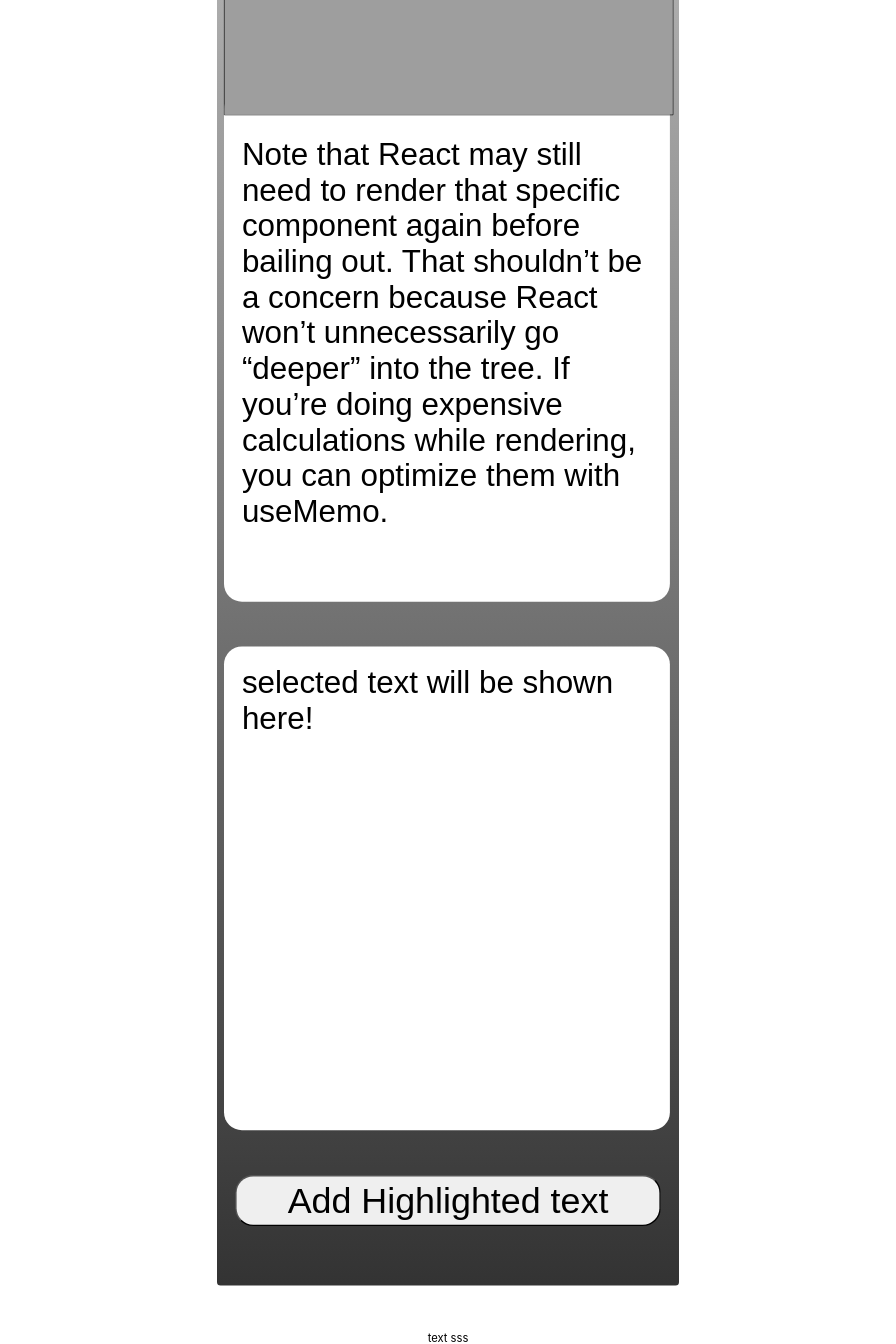
Repository: Farbod29/React-text-highlighter-with-hook-
Page: /
The author's editor kept a copy of each file at every save. The page is drawn from the files as they stood at one save, then again after the next save.
The browser window is 1280 px wide. The pictures show the part of the page from y = 552 to 2472 px (the page is 2472 px tall), at 70% of full size.
Pictures or frames that could not be fetched are drawn as grey boxes. The project was rebuilt for these pictures with package versions that can differ from the ones it lists, and the page was loaded fresh each time.

Above is the page before, as saved 2022-02-21 15:01:30.

### src/App.js
import './App.css';
import Highlighter from './highlighter';
import Highlighter2 from './highlighter2';
function App() {
  return (
    <div className="App">
      <Highlighter />
      <Highlighter2 text={'text sss'} />
      {/* hello is it mee you looking for ! */}
    </div>
  );
}
// https://stackoverflow.com/questions/38810767/how-can-you-get-highlighted-text-window-getselection-in-reactjs

export default App;

### src/highlighter.js
import React, { useState } from 'react';
import './highlight.css';

//https://developer.mozilla.org/en-US/docs/Web/API/Window/getSelection
// https://medium.com/unprogrammer/a-simple-text-highlighting-component-with-react-e9f7a3c1791a

//thanks for the provider and @Saeed Rastgar my friend to assist the in the CSS part.

// let doit = () => {
//   let sosis = (document.onmouseup = () => {
//     // console.log(window.getSelection().toString());
//     return window.getSelection().toString();
//   });
//   console.log(sosis);
//   return sosis;
// };

export default function Highlighter() {
  const [highlightedText, setHighlightedText] = useState(
    'selected text will be shown here!'
  );
  let extractTheText = (e) => {
    e.preventDefault();
    const selectionObj = window.getSelection && window.getSelection();
    const selection = selectionObj.toString();
    console.log('selection jadid');
    console.log(selection);
    setHighlightedText(selection);
  };
  return (
    <>
      <section className="card">
        <div>
          {
            (document.onmouseup = (e) => {
              // foo();
              console.log('dostet Daram');
              extractTheText(e);
            })
          }
          <img
            className="img-holder"
            src="https://pfrias.couragecompanion.eu/storage/m/_v2/213604778138275840/4f8b684e5-e9314a/vlyvkRQwb3ew/u8hVvH5l5IFvha9MQyXCzPOYLo2SXG3bqIpv6vBg.png"
          ></img>
          <div className="margin-top-zero txt">
            Note that React may still need to render that specific component
            again before bailing out. That shouldn’t be a concern because React
            won’t unnecessarily go “deeper” into the tree. If you’re doing
            expensive calculations while rendering, you can optimize them with
            useMemo.
          </div>
          <div className="txt">{highlightedText}</div>
          <div // parent of button
          >
            <button className="btn"> Add Highlighted text </button>
          </div>
        </div>
      </section>
    </>
  );
}

### src/highlighter2.js
import React, { Component } from 'react';
import PropTypes from 'prop-types';

const propTypes = {
  text: PropTypes.string.isRequired,
  customClass: PropTypes.string,
  selectionHandler: PropTypes.func,
};

/**
 * Highlighter component.
 *
 * Allows highlighting of the text selected by mouse with given custom class (or default)
 * and calls optional callback function with the following selection details:
 * - selected text
 * - selection start index
 * - selection end index
 */
export default class HighLighter2 extends Component {
  constructor(props) {
    super(props);
    this.state = {
      text: props.text,
      isDirty: false,
      selection: '',
      anchorNode: '?',
      focusNode: '?',
      selectionStart: '?',
      selectionEnd: '?',
      first: '',
      middle: '',
      last: '',
    };
    this.onMouseUpHandler = this.onMouseUpHandler.bind(this);
  }

  onMouseUpHandler(e) {
    e.preventDefault();
    const selectionObj = window.getSelection && window.getSelection();
    const selection = selectionObj.toString();
    const anchorNode = selectionObj.anchorNode;
    const focusNode = selectionObj.focusNode;
    const anchorOffset = selectionObj.anchorOffset;
    const focusOffset = selectionObj.focusOffset;
    const position = anchorNode.compareDocumentPosition(focusNode);
    let forward = false;

    if (position === anchorNode.DOCUMENT_POSITION_FOLLOWING) {
      forward = true;
    } else if (position === 0) {
      forward = focusOffset - anchorOffset > 0;
    }

    let selectionStart = forward ? anchorOffset : focusOffset;

    if (forward) {
      if (
        anchorNode.parentNode.getAttribute('data-order') &&
        anchorNode.parentNode.getAttribute('data-order') === 'middle'
      ) {
        selectionStart += this.state.selectionStart;
      }
      if (
        anchorNode.parentNode.getAttribute('data-order') &&
        anchorNode.parentNode.getAttribute('data-order') === 'last'
      ) {
        selectionStart += this.state.selectionEnd;
      }
    } else {
      if (
        focusNode.parentNode.getAttribute('data-order') &&
        focusNode.parentNode.getAttribute('data-order') === 'middle'
      ) {
        selectionStart += this.state.selectionStart;
      }
      if (
        focusNode.parentNode.getAttribute('data-order') &&
        focusNode.parentNode.getAttribute('data-order') === 'last'
      ) {
        selectionStart += this.state.selectionEnd;
      }
    }

    const selectionEnd = selectionStart + selection.length;
    console.log(selectionEnd);
    const first = this.state.text.slice(0, selectionStart);
    const middle = this.state.text.slice(selectionStart, selectionEnd);
    console.log(middle);
    const last = this.state.text.slice(selectionEnd);

    this.setState({
      selection,
      anchorNode,
      focusNode,
      selectionStart,
      selectionEnd,
      first,
      middle,
      last,
    });

    if (this.props.selectionHandler) {
      this.props.selectionHandler({
        selection,
        selectionStart,
        selectionEnd,
      });
    }
  }

  render() {
    if (!this.state.selection) {
      return <div onMouseUp={this.onMouseUpHandler}>{this.state.text}</div>;
    } else {
      return (
        <div onMouseUp={this.onMouseUpHandler}>
          <div data-order="first">{this.state.first}</div>
          <div
            data-order="middle"
            className={this.props.customClass || 'default'}
          >
            {this.state.middle}
          </div>
          <div data-order="last">{this.state.last}</div>
        </div>
      );
    }
  }
}

HighLighter2.propTypes = propTypes;

### src/highlight.css
.card {
  margin: 5vw auto;
  width: 50%;
  padding: 10px;
  border-radius: 5px;
  height: 180vw;
  background: linear-gradient(#ccc, #333);
}

.img-holder {
  height: 50vw;
  width: 49.5vw;
  border: 1px solid #111;
  border-top-left-radius: 2vw;
  border-top-right-radius: 2vw;
}

.txt {
  background-color: white;
  color: black;
  margin-bottom: 5vw;
  height: 50vw;
  width: 45.9vw;
  padding: 2vw;
  font-size: 3.5vw;
  font-family: sans-serif;
  text-align: left;
  border-radius: 2vw;
}

.margin-top-zero {
  margin-top: -3vw;
  padding-top: 5vw;
  border-top-radius: 0px;
}

.btn {
  padding: 5px;
  width: 47.5vw;
  font-size: 4vw;
  border-radius: 2vw;
}

farbod jan in css dovomi ro paste kon .card {
  margin: 5vw auto;
  width: 50%;
  padding: 10px;
  border-radius: 5px;
  height: 180vw;
  background: linear-gradient(#ccc, #333);
}

.img-holder {
  height: 50vw;
  width: 50vw;
  border-top-left-radius: 2vw;
  border-top-right-radius: 2vw;
}

.txt {
  background-color: white;
  color: black;
  margin-bottom: 5vw;
  height: 50vw;
  width: 45.8vw;
  padding: 2vw;
  font-size: 3.5vw;
  font-family: sans-serif;
  text-align: left;
  border-radius: 2vw;
}

.margin-top-zero {
  margin-top: -3vw;
  padding-top: 5vw;
  border-top-radius: 0px;
}

.btn {
  padding: 5px;
  width: 47.5vw;
  font-size: 4vw;
  border-radius: 2vw;
}

Loaded but not shown: public/index.html (common file); src/index.js (common file); src/index.css (common file); src/reportWebVitals.js (common file); src/App.css (common file)

After the next save:
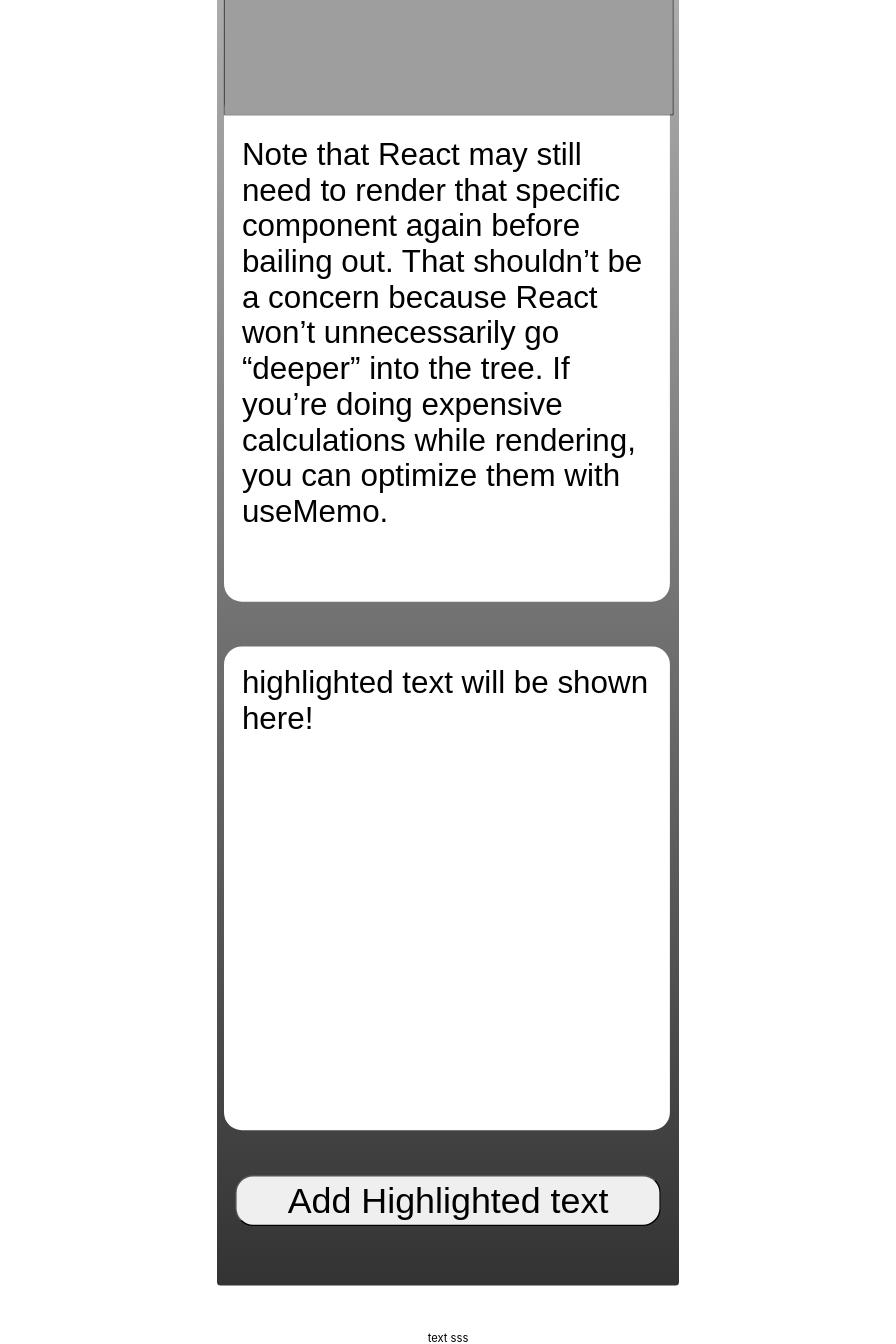
Saved 7 s later.
--- a/src/highlighter.js
+++ b/src/highlighter.js
@@ -17,7 +17,7 @@ import './highlight.css';
 
 export default function Highlighter() {
   const [highlightedText, setHighlightedText] = useState(
-    'selected text will be shown here!'
+    'highlighted text will be shown here!'
   );
   let extractTheText = (e) => {
     e.preventDefault();
